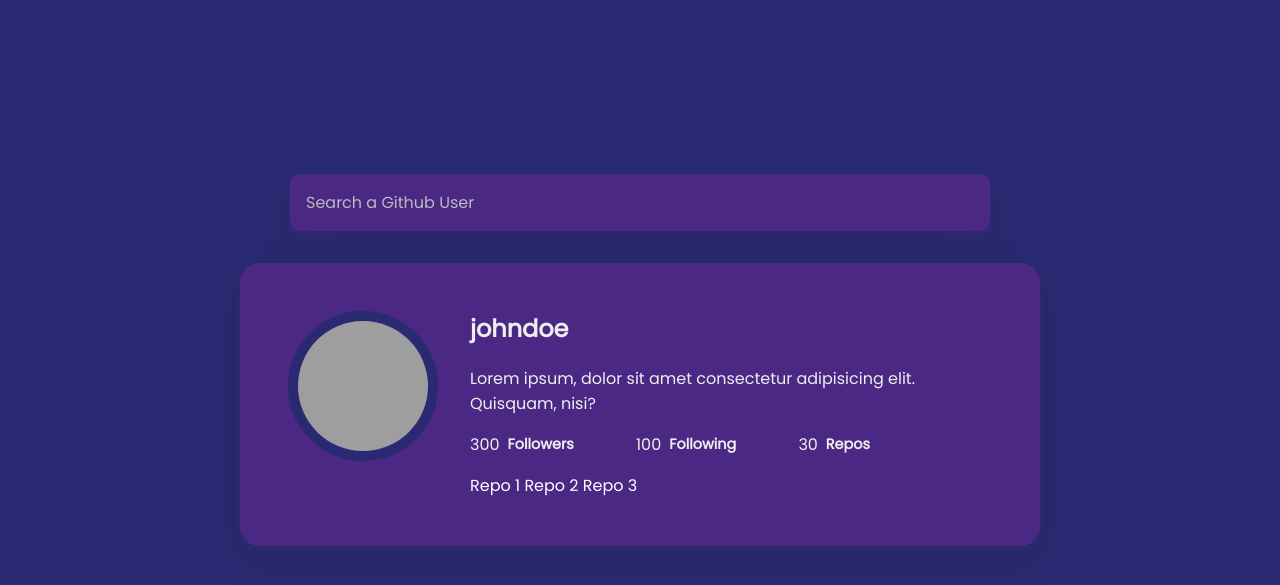
Repository: eagle-tex/50-projects-BT
Page: 28-github-profiles/index.html
The author's editor kept a copy of each file at every save. The page is drawn from the files as they stood at one save, then again after the next save.
The browser window is 1280 px wide. The pictures show the whole page.
Pictures or frames that could not be fetched are drawn as grey boxes.

Above is the page before, as saved 2021-01-23 11:08:48.

After the next save:
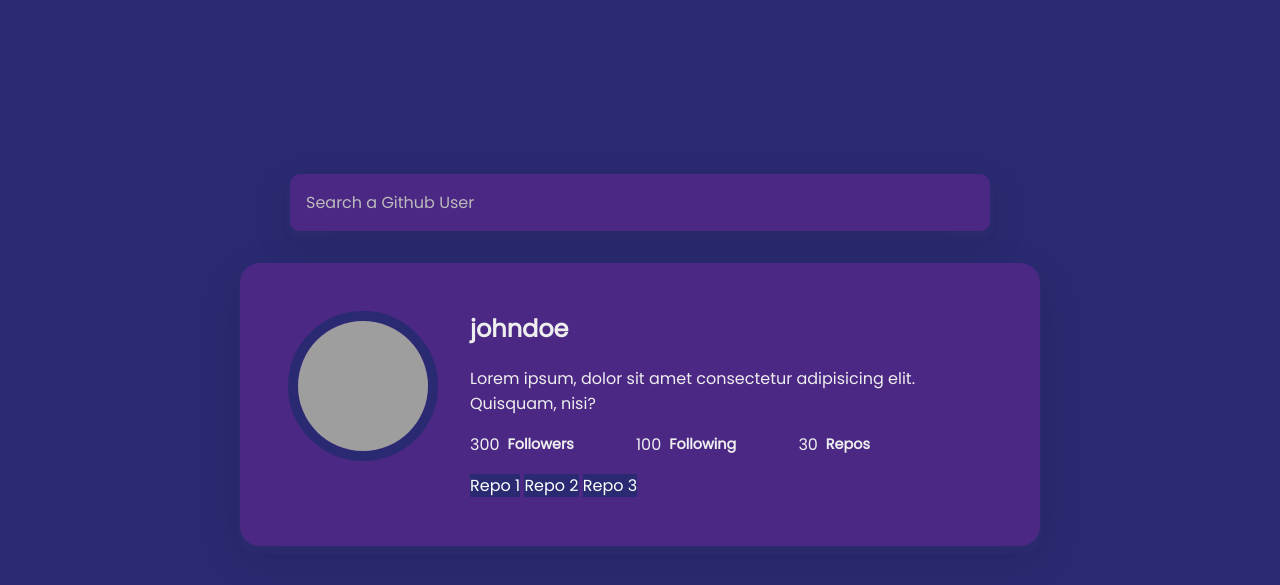
Saved 48 s later.
--- a/28-github-profiles/style.css
+++ b/28-github-profiles/style.css
@@ -110,4 +110,5 @@ body {
 .repo {
   text-decoration: none;
   color: #fff;
+  background-color: var(--body-bg);
 }
